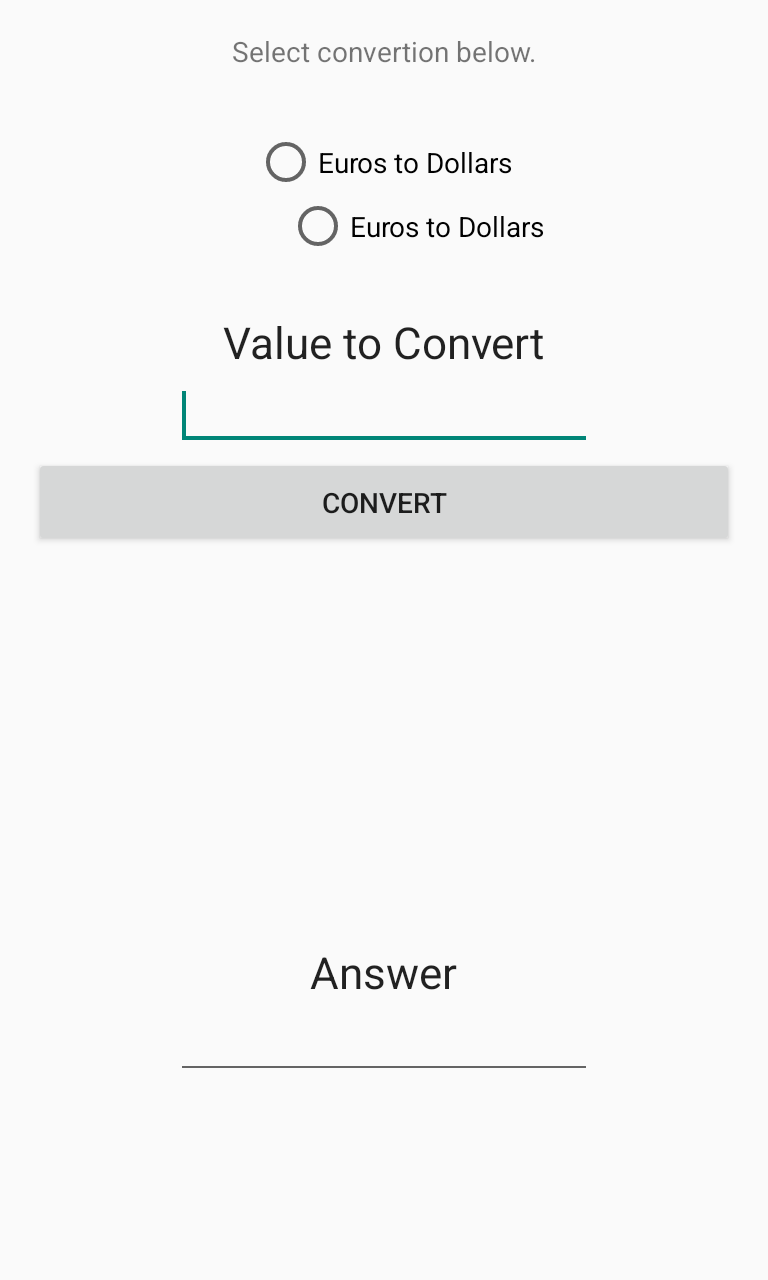
Repository: awayzo/6300Fall14Assignment4
Layout: UnitConvertor/res/layout/activity_currency.xml
These files come from the project's save history. The layout is drawn as it stood at one moment and after the next save; the edit follows.
It is drawn on a 768 x 1280 px phone screen (xhdpi) without system bars, with theme AppTheme; the app's code is not run.

Above is the layout before, as saved 2014-09-27 07:30:11.

After the next save:
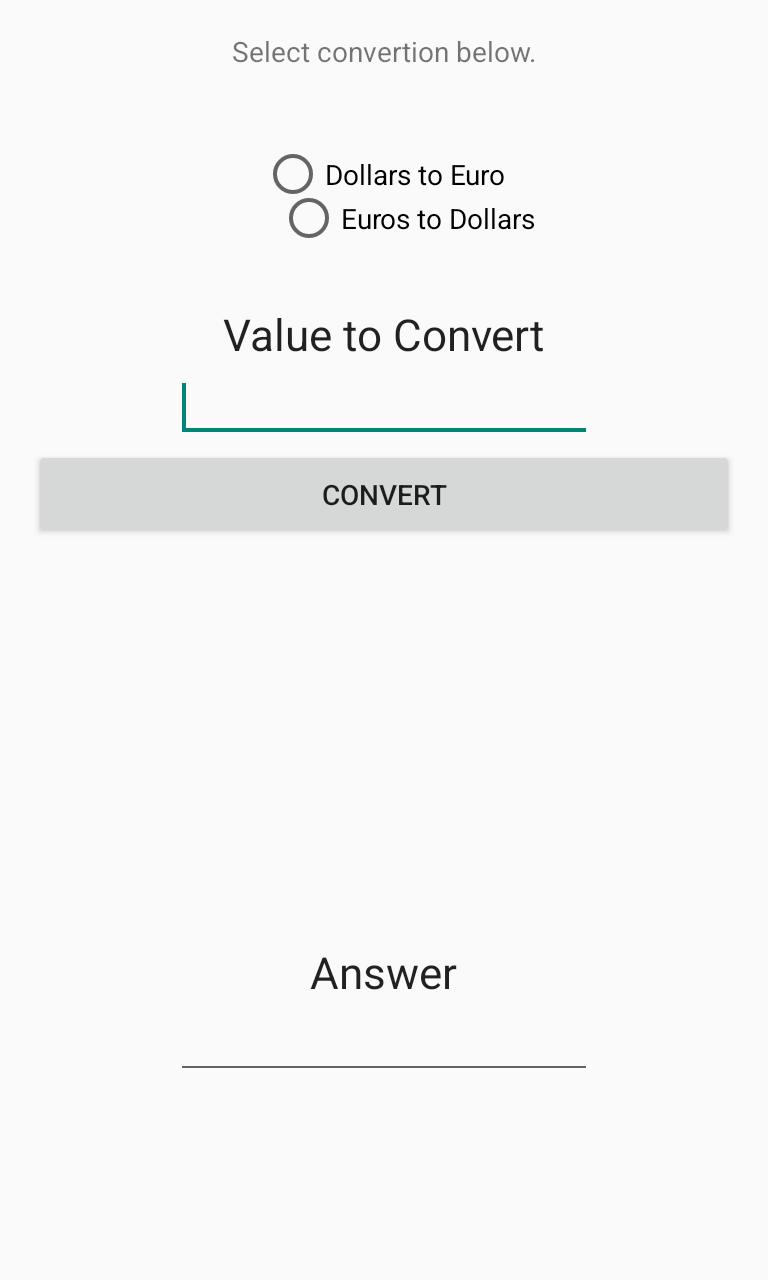
Saved 49 s later.
--- a/UnitConvertor/res/layout/activity_currency.xml
+++ b/UnitConvertor/res/layout/activity_currency.xml
@@ -47,23 +47,6 @@
         android:ems="10"
         android:inputType="numberDecimal" />
 
-    <RadioButton
-        android:id="@+id/radioEurosToDollars"
-        android:layout_width="wrap_content"
-        android:layout_height="wrap_content"
-        android:layout_below="@+id/lblTitle_Currency"
-        android:layout_centerHorizontal="true"
-        android:layout_marginTop="30dp"
-        android:text="Euros to Dollars" />
-
-    <RadioButton
-        android:id="@+id/RadioButton01"
-        android:layout_width="wrap_content"
-        android:layout_height="wrap_content"
-        android:layout_alignRight="@+id/lblValue"
-        android:layout_below="@+id/radioEurosToDollars"
-        android:text="Euros to Dollars" />
-
     <TextView
         android:id="@+id/lblValue"
         android:layout_width="wrap_content"
@@ -82,4 +65,22 @@
         android:layout_centerHorizontal="true"
         android:text="Convert" />
 
+    <RadioButton
+        android:id="@+id/radioEurosToDollars"
+        android:layout_width="wrap_content"
+        android:layout_height="wrap_content"
+        android:layout_alignRight="@+id/lblTitle_Currency"
+        android:layout_below="@+id/lblTitle_Currency"
+        android:layout_marginTop="58dp"
+        android:text="Euros to Dollars" />
+
+    <RadioButton
+        android:id="@+id/RadioButton01"
+        android:layout_width="wrap_content"
+        android:layout_height="wrap_content"
+        android:layout_alignBottom="@+id/radioEurosToDollars"
+        android:layout_centerHorizontal="true"
+        android:layout_marginBottom="22dp"
+        android:text="Dollars to Euro" />
+
 </RelativeLayout>
